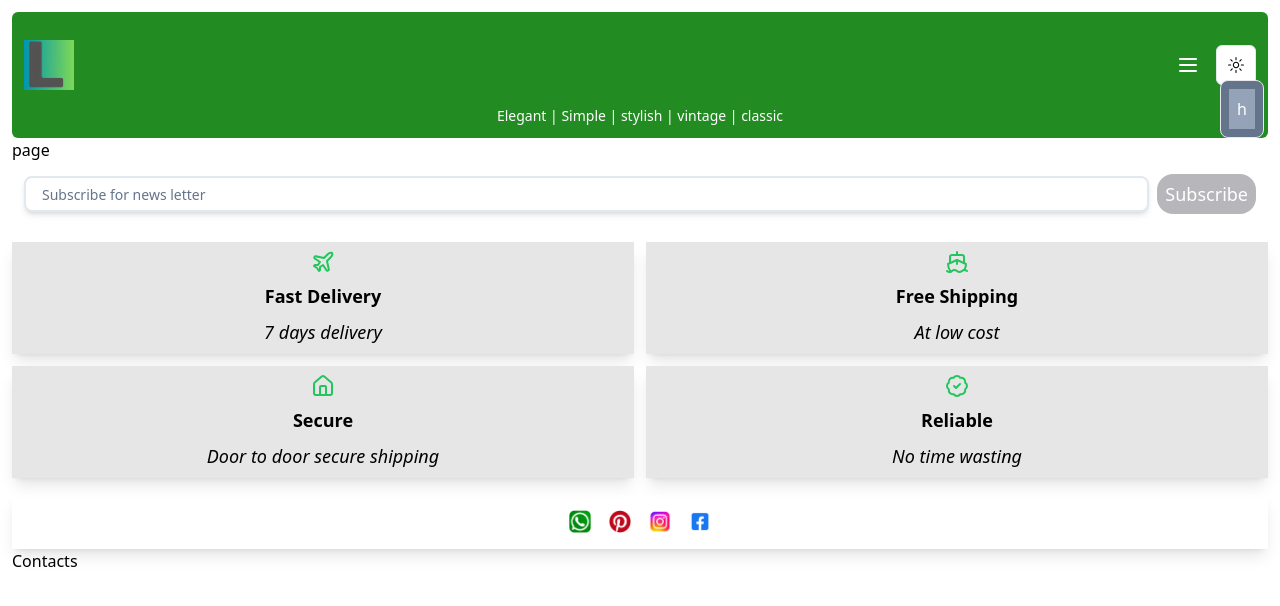
Repository: Semanmernstack/bisi-abejide
Page: /bb
An editor plug-in stored every save of this project. The page is shown before and after the next save, followed by the edit.
The browser window is 1280 px wide. The pictures show the whole page.
The project was rebuilt for these pictures with package versions that can differ from the ones it lists, and the page was loaded fresh each time. The framework's server and built-in components were replaced by stand-ins that run in the browser. Also part of the build but not shown: next.config.mjs.

Above is the page before, as saved 2024-04-19 00:45:18.

### app/layout.tsx
import type { Metadata } from "next";
import { Inter } from "next/font/google";
import "./globals.css";
import { ThemeProvider } from "@/components/theme-provider";
import Nav from "@/components/Nav";
import Footer from "@/components/Footer";

const inter = Inter({ subsets: ["latin"] });

export const metadata: Metadata = {
  title: "Welcome to Lolaflo store",
  description: "Hppy Shopping",
};

export default function RootLayout({
  children,
}: Readonly<{
  children: React.ReactNode;
}>) {
  return (
    <html lang="en">
      <body className=" flex flex-col p-3  min-h-screen   dark:bg-gray-800 dark:text-white">
      <ThemeProvider
            attribute="class"
            defaultTheme="system"
            enableSystem
            disableTransitionOnChange
          >
            <Nav/>
        {children}
        <Footer/>
      </ThemeProvider>
        </body>
    </html>
  );
}

### components/Nav.tsx
"use client"

import Image from "next/image"
import Cat from "./Cat"
import Toggle from "./Toggle"
import { motion } from "framer-motion"
import anky from '../public/anky.gif'
import Link from "next/link"

function Nav() {
    return (
      <div    className='p-3 top-0 z-50 sticky w-full bg-[#228B22] rounded-md  '>

          <div    className='flex py-4 gap-2 items-center justify-between '>
              <motion.div
                     initial={{
                        x: -500,
                         opacity: 0,
                        scale:0.5,
                    }}
                    animate={{
                        x:0,
                        opacity: 1,
                        scale: 1,
                    }}
                    transition={{
                        duration: 1,
                    }}
                    className='flex flex-col  justify-start   font-serif items-center  text-white'>
                    <Link href={'/'} className="flex flex-col ">


                      <Image className="flex justify-start" src={anky} alt="" width={50} height={40}/>

                    </Link>






              </motion.div>
              <motion.div
                  initial={{
                    x: 500,
                    opacity: 0,
                    scale:0.5,
                }}
                animate={{
                    x:0,
                    opacity: 1,
                    scale: 1,
                }}
                transition={{
                    duration: 1,
                }}
                className='flex items-center  space-x-2'>
                  <Cat/>
                  <Toggle/>
              </motion.div>
          </div>

          <div  className="flex  text-center justify-center text-white text-xs ">
                <h1 className="text-sm font-medium">Elegant | Simple | stylish | vintage | classic</h1>
            </div>

      </div>
    )
  }

  export default Nav

### components/Footer.tsx
"use client"
import React, { useState } from 'react'
import Mailing from './Mailing'
import Delivery from './Delivery'
import Ai from './Ai'
import NewsLet from './NewsLet'
import SubAi from './SubAi'
import Contacts from './Contacts'
import Icon from './Icon'

function Footer() {

  return (
    <div >
        <div>
            <NewsLet/>
            <SubAi   />
            <Delivery />
            <Icon/>
            <Contacts/>
        </div>
    </div>
  )
}

export default Footer

try {

} catch (error) {

}

### components/Cat.tsx
"use client"
import React from 'react'
import {
    DropdownMenu,
    DropdownMenuContent,
    DropdownMenuItem,
    DropdownMenuLabel,
    DropdownMenuSeparator,
    DropdownMenuTrigger,
  } from "@/components/ui/dropdown-menu"
import { MenuIcon } from 'lucide-react'
import { usePathname } from 'next/navigation'
import Link from 'next/link'
import Icon from './Icon'

interface P {
    name: string,
    href: string
}

const links: P[] = [
    {
        name: 'Home', href: "/"
    },
    {
        name: 'Ankara ', href: "/Ankara"

    },

    {
        name: 'Kaftan ', href: "/Kaftan"

    },
    {
        name: 'Turban ', href: "/Turban"

    },




]


function Cat() {
    const pathname = usePathname()
  return (

    <div>
        <DropdownMenu >
            <DropdownMenuTrigger className=" flex flex-col w-10 h-9  text-white text-xl  justify-center items-center text-center">
                <MenuIcon/>
            </DropdownMenuTrigger>
            <DropdownMenuContent className=''>
                <DropdownMenuLabel className=" flex font-bold font-serif sm:font-bold justify-center gap-1 p-1 border items-center"> CATEGORIES</DropdownMenuLabel>
                <DropdownMenuSeparator />

                <DropdownMenuItem className="flex items-center justify-center   flex-col p-3 gap-2    rounded-md">
                {links.map((l, index) => (
                <div key={index} className='flex   rounded-lg  text-zinc-500 md:w-1/2 text-center font-extrabold     p-2 transition ease-in-out delay-150 hover:-translate-y-1 hover:scale-95  duration-300 '>
                    {pathname === l.href ? (
                        <Link href={l.href} className='text-sm sm:text-lg text-red-800 font-semibold animate-pulse'>
                            {l.name}
                        </Link>

                    ):(
                        <Link href= {l.href }
                        className="flex   p-2 gap-1 italic sm:font-semibold hover:border rounded-lg border-teal-700  text-slate-800 dark:text-white text-sm sm:text-lg font-bold transition duration-100  "
                        >
                            {l.name}
                        </Link>

                    )}

                </div>
            ))}
            <Icon/>

                </DropdownMenuItem>


            </DropdownMenuContent>
        </DropdownMenu>

    </div>
  )
}

export default Cat

### components/Toggle.tsx
"use client"
import React from 'react'
import { MoonIcon, SunIcon } from "@radix-ui/react-icons"
import { useTheme } from "next-themes"
import { Button } from "@/components/ui/button"
import {
    DropdownMenu,
    DropdownMenuContent,
    DropdownMenuItem,
    DropdownMenuTrigger,
  } from "@/components/ui/dropdown-menu"

function Toggle() {
    const { setTheme } = useTheme()
  return (
    <div>
        <DropdownMenu>
      <DropdownMenuTrigger asChild>
        <Button variant="outline" size="icon">
          <SunIcon className=" h-4 w-4 rotate-0 scale-100 transition-all dark:-rotate-90 dark:scale-0" />
          <MoonIcon className="absolute h-4 w-4 rotate-90 scale-0 transition-all dark:rotate-0 dark:scale-100" />
          <span className="sr-only">Toggle theme</span>
        </Button>
      </DropdownMenuTrigger>
      <DropdownMenuContent align="end">
        <DropdownMenuItem onClick={() => setTheme("light")}>
          Light
        </DropdownMenuItem>
        <DropdownMenuItem onClick={() => setTheme("dark")}>
          Dark
        </DropdownMenuItem>
        <DropdownMenuItem onClick={() => setTheme("system")}>
          System
        </DropdownMenuItem>
      </DropdownMenuContent>
    </DropdownMenu>

    </div>
  )
}

export default Toggle

### components/Delivery.tsx

import {  BadgeCheckIcon, PlaneIcon, HomeIcon, ShipIcon } from 'lucide-react'
import React from 'react'

const details = [
    {
        name: 'Fast Delivery',
        icon: <PlaneIcon/>,
        desc: '7 days delivery',
    },
    {
        name: 'Free Shipping',
        icon: <ShipIcon/>,
        desc: 'At low cost',
    },
    {
        name: 'Secure',
        icon: <HomeIcon/>,
        desc: 'Door to door secure shipping',
    },
    {
        name: 'Reliable',
        icon: <BadgeCheckIcon/>,
        desc: 'No time wasting',
    },
]

function Delivery() {
  return (
    <div className='  dark:bg-gray-800   py-4 grid grid-cols-1 sm:grid-cols-2 gap-3'>
        {details?.map((b, i) => (
            <div className='flex flex-col border-1  text-center justify-center items-center  bg-[#e6e6e6] p-2 gap-2 shadow-lg ' key={i}>
                <h2 className='text-green-500 '>{b.icon}</h2>
                <h4 className='text-xs sm:text-sm md:text-lg dark:text-white font-bold'>{b.name}</h4>
                <h5 className='text-xs sm:text-sm  dark:text-white md:text-lg italic'>{b.desc}</h5>


            </div>

        ))}


    </div>

  )
}

export default Delivery

### components/NewsLet.tsx
import React from 'react'
import Mail from './Mail'

function NewsLet() {
  return (
    <div>
        <Mail/>
    </div>
  )
}

export default NewsLet

### components/SubAi.tsx
"use client"

import React, { useState } from 'react'
import Ai from './Ai';
import { motion } from "framer-motion"

function SubAi() {
  const [chatBoxOpen, setChatBoxOpen] = useState(false);
  return (
    <motion.div
    initial={{
      x: 500,
      opacity: 0,
      scale:0.5,
  }}
  animate={{
      x:0,
      opacity: 1,
      scale: 1,
  }}
  transition={{
      duration: 1,
  }}
       className='flex items-center justify-between right-4 top-20 z-50 fixed  bg-slate-500 rounded-lg text-white  max-w-2xl border p-2 '  >



      <Ai />
    </motion.div>
  )
}

export default SubAi

### components/Icon.tsx
"use client"
import React from 'react'

import whatsapp from '../public/whatsapp.png'
import instagram from '../public/intagram.jpg'
import facebook from '../public/facebook.png'
import pinterest from '../public/pinterest.png'
import Image from 'next/image'
import Link from 'next/link'

function Icon() {
  return (
    <div


        className='flex p-4 gap-4 shadow-lg items-center text-center justify-center   text-sm      '>

        <Link className='contain  transition ease-in-out delay-150  hover:translate-y-1 hover:scale-95  duration-300      ' href={''}>
            <Image src={whatsapp} alt="whatsapp" width={24} height={24} />
        </Link>
        <Link className='contain  transition ease-in-out delay-150  hover:translate-y-1 hover:scale-95  duration-300    ' href={''}>
            <Image src={pinterest} alt="whatsapp" width={24} height={24} />
        </Link>
        <Link className='contain transition ease-in-out delay-150  hover:translate-y-1 hover:scale-95  duration-300   ' href={''}>

            <Image src={instagram} alt="whatsapp" width={24} height={24} />
        </Link>
        <Link className='contain transition ease-in-out delay-150  hover:translate-y-1 hover:scale-95  duration-300     ' href={''}>
            <Image src={facebook} alt="whatsapp" width={24} height={24} />
        </Link>


    </div>
  )
}

export default Icon

### components/ui/button.tsx
import * as React from "react"
import { Slot } from "@radix-ui/react-slot"
import { cva, type VariantProps } from "class-variance-authority"

import { cn } from "@/lib/utils"

const buttonVariants = cva(
  "inline-flex items-center justify-center whitespace-nowrap rounded-md text-sm font-medium ring-offset-white transition-colors focus-visible:outline-none focus-visible:ring-2 focus-visible:ring-slate-950 focus-visible:ring-offset-2 disabled:pointer-events-none disabled:opacity-50 dark:ring-offset-slate-950 dark:focus-visible:ring-slate-300",
  {
    variants: {
      variant: {
        default: "bg-slate-900 text-slate-50 hover:bg-slate-900/90 dark:bg-slate-50 dark:text-slate-900 dark:hover:bg-slate-50/90",
        destructive:
          "bg-red-500 text-slate-50 hover:bg-red-500/90 dark:bg-red-900 dark:text-slate-50 dark:hover:bg-red-900/90",
        outline:
          "border border-slate-200 bg-white hover:bg-slate-100 hover:text-slate-900 dark:border-slate-800 dark:bg-slate-950 dark:hover:bg-slate-800 dark:hover:text-slate-50",
        secondary:
          "bg-slate-100 text-slate-900 hover:bg-slate-100/80 dark:bg-slate-800 dark:text-slate-50 dark:hover:bg-slate-800/80",
        ghost: "hover:bg-slate-100 hover:text-slate-900 dark:hover:bg-slate-800 dark:hover:text-slate-50",
        link: "text-slate-900 underline-offset-4 hover:underline dark:text-slate-50",
      },
      size: {
        default: "h-10 px-4 py-2",
        sm: "h-9 rounded-md px-3",
        lg: "h-11 rounded-md px-8",
        icon: "h-10 w-10",
      },
    },
    defaultVariants: {
      variant: "default",
      size: "default",
    },
  }
)

export interface ButtonProps
  extends React.ButtonHTMLAttributes<HTMLButtonElement>,
    VariantProps<typeof buttonVariants> {
  asChild?: boolean
}

const Button = React.forwardRef<HTMLButtonElement, ButtonProps>(
  ({ className, variant, size, asChild = false, ...props }, ref) => {
    const Comp = asChild ? Slot : "button"
    return (
      <Comp
        className={cn(buttonVariants({ variant, size, className }))}
        ref={ref}
        {...props}
      />
    )
  }
)
Button.displayName = "Button"

export { Button, buttonVariants }

### components/Mail.tsx
"use client"
import React, { FormEvent, useState } from 'react'
import { Input } from './ui/input'
import { Button } from './ui/button'

function Mail() {
    const [input, setInput] = useState<string>("")
    const [mailError, setMailError] = useState<string> ("")
    const [mailOk, setMailOk] = useState<string>("")

    const handleSubmit = async (e: FormEvent<HTMLFormElement>) => {
        e.preventDefault()
        const email = input;


        const res = await fetch("/api/mailSub", {
            method: 'POST',
            headers: {
                "Content-Type": "application/json",
            },

            body: JSON.stringify({email}),

        })

        const data = await res.json()
        if (data.error) {
            setMailError('Hey you already subscribe to trizzas cake')

            return
        }
        setMailOk(data.res)
        setInput("")


    }


  return (
    <div className='flex flex-col items-center w-full  '>
        <form className="flex  flex-col p-3 w-full " onSubmit={handleSubmit}>
            <div className='gap-2 flex  flex-col md:flex-row items-center'>
                <Input type="email"
                    placeholder='Subscribe for news letter'
                    value={input}

                    onChange={(e) => setInput(e.target.value)}
                    required
                    className="outline-none flex-1 w-full text-white shadow-md  border-2 h-12 md:h-8   p-4 rounded-lg   from-fuchsia-400 "

                 />
                 <Button className="text-sm   text-center justify-center flex cursor-pointer  text-white bg-zinc-500 p-2  sm:text-lg transition ease-in-out delay-150 hover:-translate-y-1 hover:scale-95  duration-300  rounded-xl md:rounded-2xl " type='submit' disabled={!input}    >
                    Subscribe
                 </Button>
            </div>

        </form>
        {(mailOk || mailError ) && (
            <div className="mt-5 text-sm text-center justify-center font-extrabold">
             {mailOk ?(<p className="  bg-red-900 px-2 py-2 mb-2 text-white"> Subscription Sucessful !! </p>):(<p className="bg-green-500 p-1">You already Subscribed</p>)}
            </div>
        )}

    </div>
  )
}

export default Mail

### components/Ai.tsx
import {  Bot, MessageCircleIcon, SendHorizontal, XCircle } from 'lucide-react'
import React, { useState } from 'react'
import SubAi from './SubAi'
import ReactMarkdown from "react-markdown";

import { SocialIcon } from 'react-social-icons'
import { Message, useChat } from 'ai/react';

import Link from 'next/link';
import { cn } from '@/lib/utils';

import {
  Popover,
  PopoverContent,
  PopoverTrigger,
} from "@/components/ui/popover"


function Ai() {





  return (

    <div className='p-2 max-w-2xl bg-slate-400 mx-auto h-full'>
      <Popover  >
      <PopoverTrigger>h</PopoverTrigger>

        <PopoverContent className=' text-green-600 mx-auto h-full bg-slate-200 max-w-2xl'> Welcome to LOLAFLO store</PopoverContent>

      </Popover>






    </div>

  )
}

export default Ai

### components/ui/input.tsx
import * as React from "react"

import { cn } from "@/lib/utils"

export interface InputProps
  extends React.InputHTMLAttributes<HTMLInputElement> {}

const Input = React.forwardRef<HTMLInputElement, InputProps>(
  ({ className, type, ...props }, ref) => {
    return (
      <input
        type={type}
        className={cn(
          "flex h-10 w-full rounded-md border border-slate-200 bg-white px-3 py-2 text-sm ring-offset-white file:border-0 file:bg-transparent file:text-sm file:font-medium placeholder:text-slate-500 focus-visible:outline-none focus-visible:ring-2 focus-visible:ring-slate-950 focus-visible:ring-offset-2 disabled:cursor-not-allowed disabled:opacity-50 dark:border-slate-800 dark:bg-slate-950 dark:ring-offset-slate-950 dark:placeholder:text-slate-400 dark:focus-visible:ring-slate-300",
          className
        )}
        ref={ref}
        {...props}
      />
    )
  }
)
Input.displayName = "Input"

export { Input }

### components/ui/popover.tsx
"use client"

import * as React from "react"
import * as PopoverPrimitive from "@radix-ui/react-popover"

import { cn } from "@/lib/utils"

const Popover = PopoverPrimitive.Root

const PopoverTrigger = PopoverPrimitive.Trigger

const PopoverContent = React.forwardRef<
  React.ElementRef<typeof PopoverPrimitive.Content>,
  React.ComponentPropsWithoutRef<typeof PopoverPrimitive.Content>
>(({ className, align = "center", sideOffset = 4, ...props }, ref) => (
  <PopoverPrimitive.Portal>
    <PopoverPrimitive.Content
      ref={ref}
      align={align}
      sideOffset={sideOffset}
      className={cn(
        "z-50 w-72 rounded-md border border-slate-200 bg-white p-4 text-slate-950 shadow-md outline-none data-[state=open]:animate-in data-[state=closed]:animate-out data-[state=closed]:fade-out-0 data-[state=open]:fade-in-0 data-[state=closed]:zoom-out-95 data-[state=open]:zoom-in-95 data-[side=bottom]:slide-in-from-top-2 data-[side=left]:slide-in-from-right-2 data-[side=right]:slide-in-from-left-2 data-[side=top]:slide-in-from-bottom-2 dark:border-slate-800 dark:bg-slate-950 dark:text-slate-50",
        className
      )}
      {...props}
    />
  </PopoverPrimitive.Portal>
))
PopoverContent.displayName = PopoverPrimitive.Content.displayName

export { Popover, PopoverTrigger, PopoverContent }

Loaded but not shown: app/bb/page.tsx (common file); app/globals.css (common file); components/theme-provider.tsx (common file); components/Contacts.tsx (common file); lib/utils.ts (common file); tailwind.config.ts (common file); components/ui/dropdown-menu.tsx (200 lines, source omitted)

After the next save:
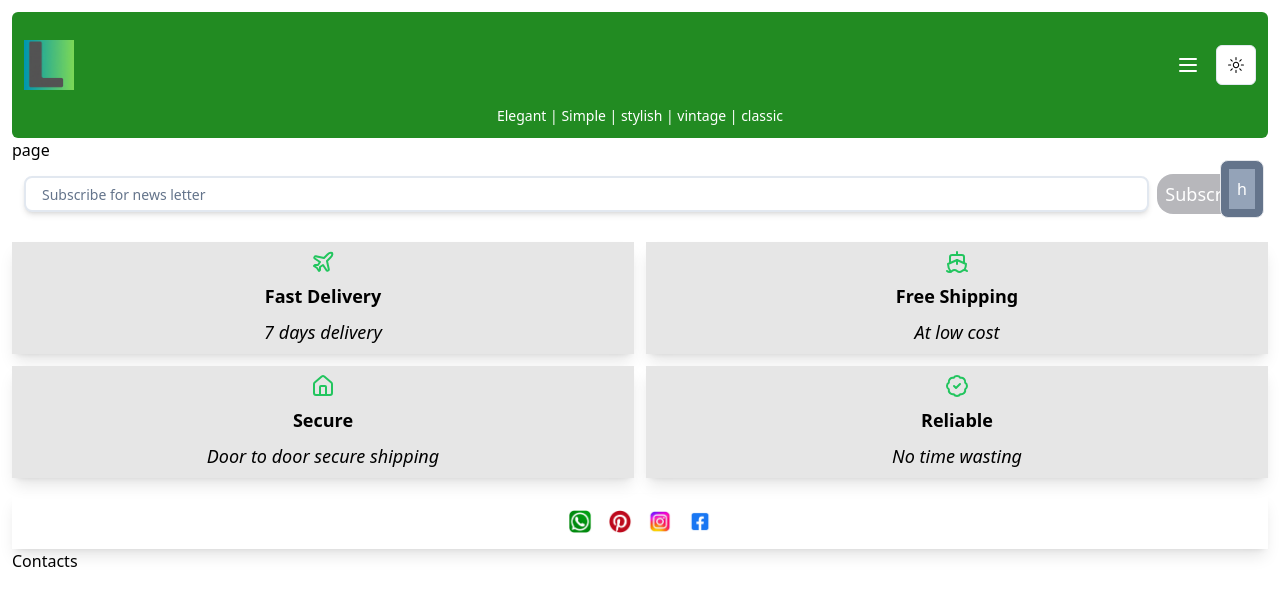
Saved 7 s later.
--- a/components/SubAi.tsx
+++ b/components/SubAi.tsx
@@ -21,7 +21,7 @@ function SubAi() {
   transition={{
       duration: 1,
   }}
-       className='flex items-center justify-between right-4 top-20 z-50 fixed  bg-slate-500 rounded-lg text-white  max-w-2xl border p-2 '  >
+       className='flex items-center justify-between right-4 top-40 z-50 fixed  bg-slate-500 rounded-lg text-white  max-w-2xl border p-2 '  >
 
 
 
